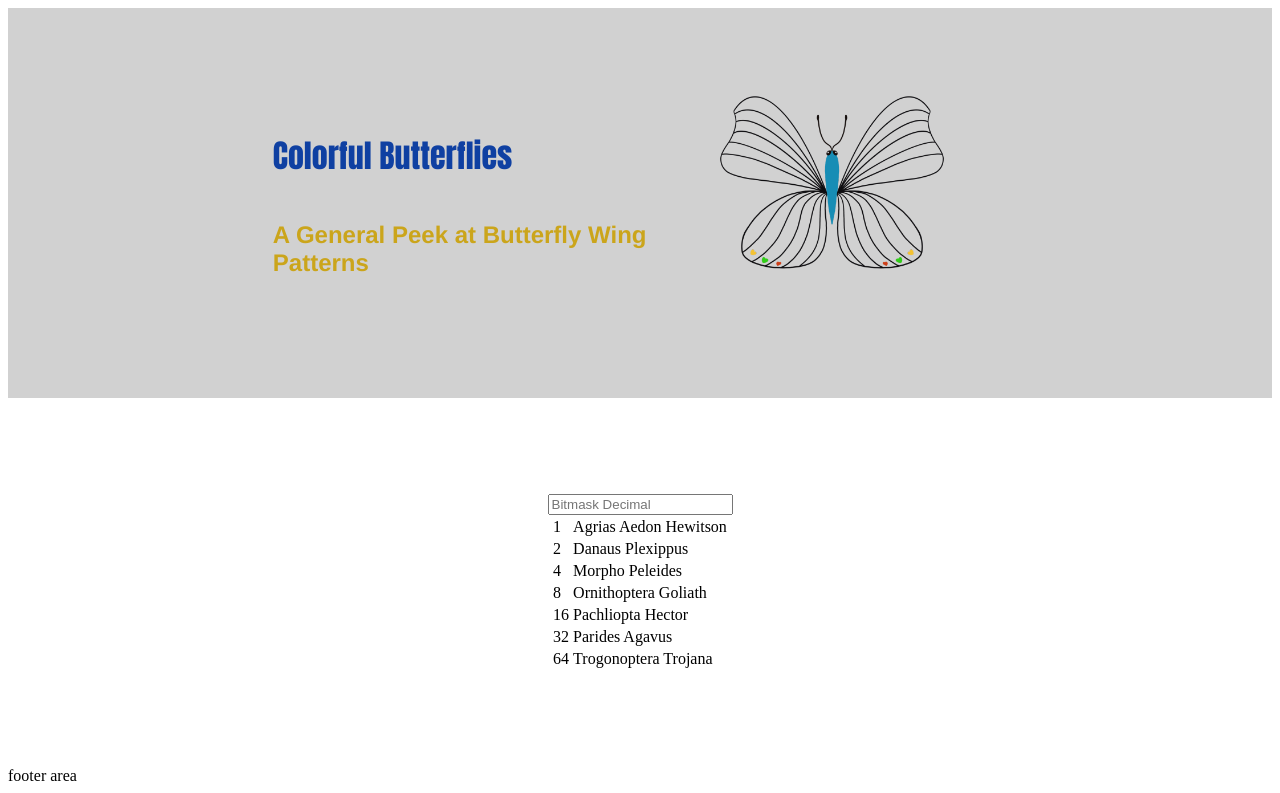
Repository: MeowCeline00/assessment-2
Page: /
The author's editor kept a copy of each file at every save. The page is drawn from the files as they stood at one save, then again after the next save.
The browser window is 1280 px wide. The pictures show the whole page.
The project was rebuilt for these pictures with package versions that can differ from the ones it lists, and the page was loaded fresh each time. The framework's server and built-in components were replaced by stand-ins that run in the browser. Also part of the build but not shown: next.config.mjs.

Above is the page before, as saved 2024-02-07 22:14:06.

After the next save:
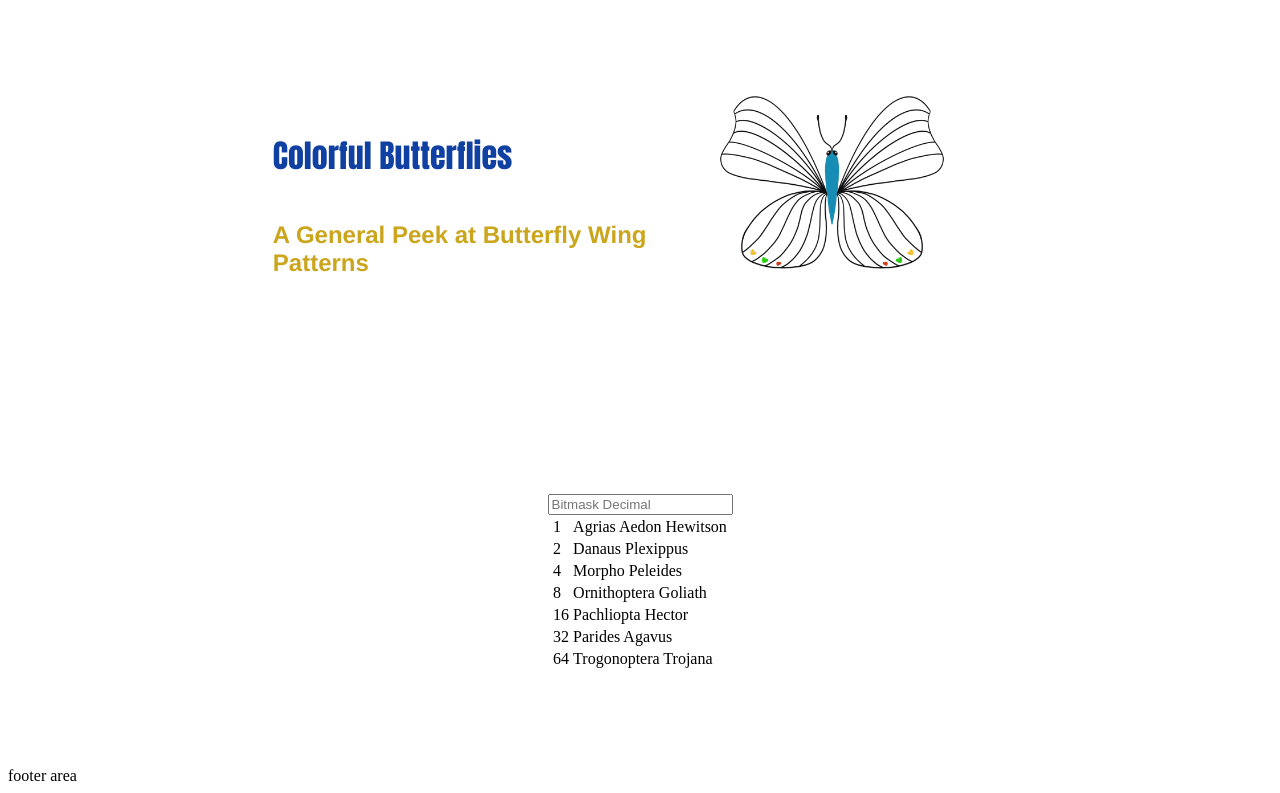
Saved 37 s later.
--- a/Components/Header/Header.module.css
+++ b/Components/Header/Header.module.css
@@ -3,7 +3,7 @@
     justify-content: space-between;
     align-items: center;
     padding: 20px;
-    background-color: #d1d1d1;
+    background-color: var();
 }
 
 .titleArea {

After the save that followed:
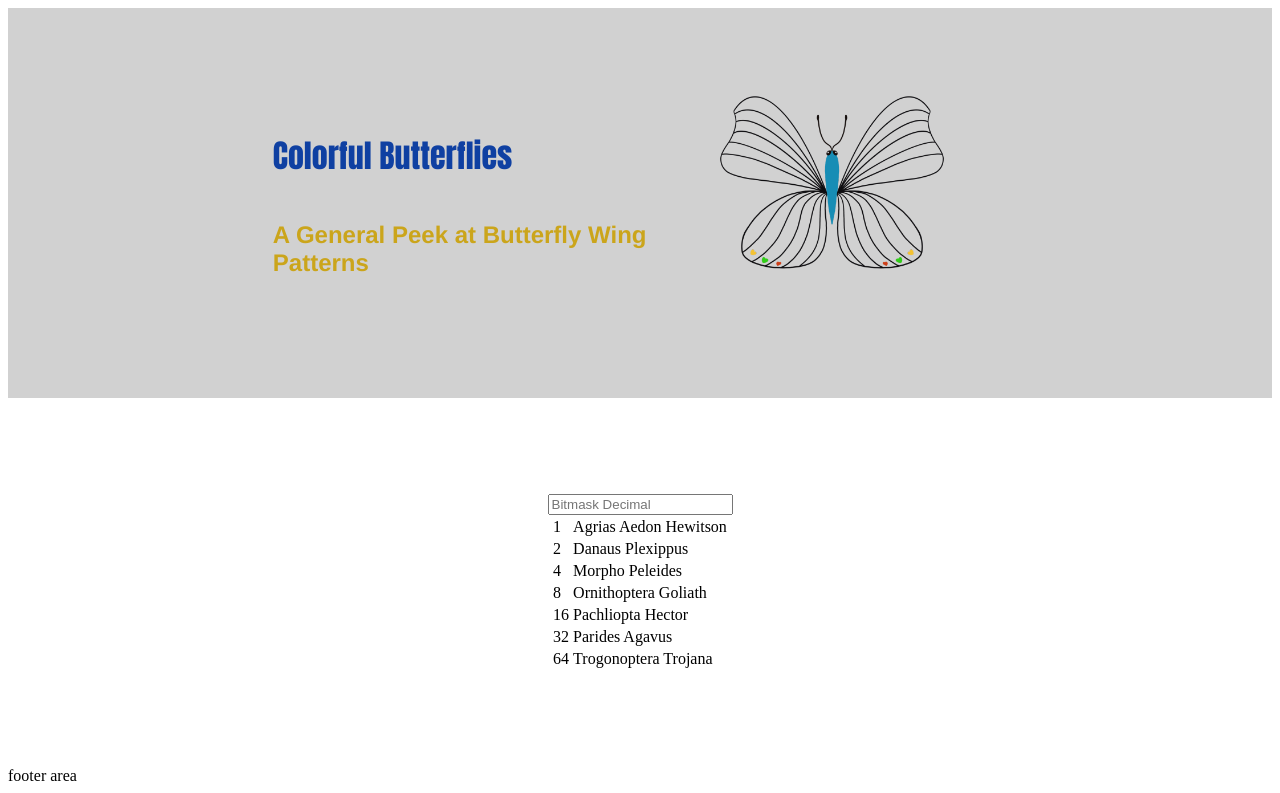
Saved 4 s later.
--- a/Components/Header/Header.module.css
+++ b/Components/Header/Header.module.css
@@ -3,7 +3,7 @@
     justify-content: space-between;
     align-items: center;
     padding: 20px;
-    background-color: var();
+    background-color: var(--header-background);
 }
 
 .titleArea {
